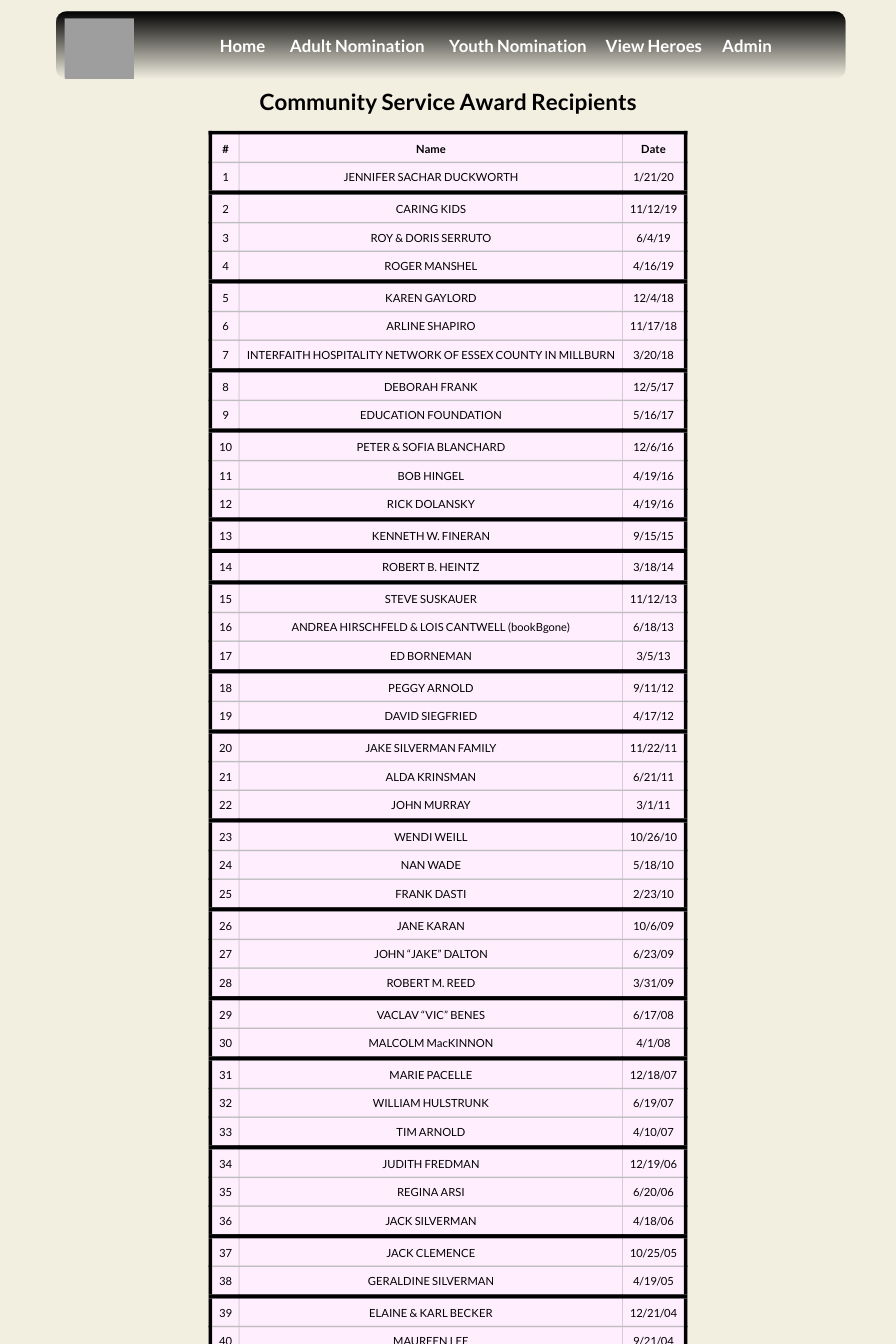
Repository: Centrattic/CSAC
Page: http://localhost/Frontend/before2020.php
These files come from the project's save history. The page is drawn as it stood at one moment and after a run of saves; the edit follows.
The browser window is 1280 px wide. The pictures show the part of the page from y = 0 to 1920 px (the page is 3839 px tall), at 70% of full size.
Pictures or frames that could not be fetched are drawn as grey boxes. The page is run by PHP 8.4 with error messages shown; the project is at /var/www/html/.

Above is the page before, as saved 2020-12-23 11:07:08.

### Frontend/before2020.php
<?php
require '../Backend/functions.php';
session_start();
?>

<html>
  <head>
    <link href="https://fonts.googleapis.com/css2?family=Lato:ital,wght@0,400;0,700;1,300;1,400&display=swap" rel="stylesheet">

    <link rel = "stylesheet" href = "../CSS/navbar.css">
  </head>

  <body>

    <?php
        navbar();
    ?>

    <h1> Community Service Award Recipients</h1> <!-- Most recent first!!! -->
    <br>

    <style>
        h1 {
            font-size: 2em;
        }

        #before2020-table {
            margin: 0 auto;
            border: 5px solid black;
            border-radius: 0px;
            background-color: #FFEEFE;
            width: 60%;
        }

        th,td {
            padding: 10px;
        }

        /*td:nth-child(1) {
            border-right: 2px solid black;
            border-radius: 0px;
            padding-bottom: 0px;
            margin-bottom: 0px;
        }*/

        tr {
            border: 2px solid #BEBEBE;
        }

        .last-of-year {
            border-bottom: 6px solid black;
        }

    </style>

    <table id = "before2020-table" rules = "all">
        <tr>
            <th> # </th>
            <th> Name </th>
            <th> Date </th>
        </tr>
        <!-- Most to least recent-->


        <tr class = "last-of-year">
            <td> 1 </td>
            <td> JENNIFER SACHAR DUCKWORTH </td>
            <td> 1/21/20 </td>
        </tr>

		<tr>
            <td> 2 </td>
            <td> CARING KIDS </td>
            <td> 11/12/19 </td>
        </tr>

		<tr>
            <td> 3 </td>
            <td> ROY & DORIS SERRUTO </td>
            <td> 6/4/19 </td>
        </tr>

		<tr class = "last-of-year">
            <td> 4 </td>
            <td> ROGER MANSHEL</td>
            <td> 4/16/19 </td>
        </tr>

		<tr>
            <td> 5 </td>
            <td> KAREN GAYLORD </td>
            <td> 12/4/18 </td>
        </tr>

		<tr>
            <td> 6 </td>
            <td> ARLINE SHAPIRO</td>
            <td> 11/17/18 </td>
        </tr>

		<tr class = "last-of-year">
            <td> 7 </td>
            <td> INTERFAITH HOSPITALITY NETWORK OF ESSEX COUNTY IN MILLBURN </td>
            <td> 3/20/18 </td>
        </tr>

		<tr>
            <td> 8 </td>
            <td> DEBORAH FRANK </td>
            <td> 12/5/17 </td>
        </tr>

		<tr class = "last-of-year">
            <td> 9 </td>
            <td> EDUCATION FOUNDATION </td>
            <td> 5/16/17 </td>
        </tr>
		<tr>
            <td> 10 </td>
            <td> PETER & SOFIA BLANCHARD </td>
            <td> 12/6/16 </td>
        </tr>

		<tr>
            <td> 11 </td>
            <td> BOB HINGEL </td>
            <td> 4/19/16 </td>
        </tr>

		<tr class = "last-of-year">
            <td> 12 </td>
            <td> RICK DOLANSKY </td>
            <td> 4/19/16 </td>
        </tr>

		<tr class = "last-of-year">
            <td> 13 </td>
            <td> KENNETH W. FINERAN </td>
            <td> 9/15/15 </td>
        </tr>

		<tr class = "last-of-year">
            <td> 14 </td>
            <td> ROBERT B. HEINTZ </td>
            <td> 3/18/14 </td>
        </tr>

		<tr>
            <td> 15 </td>
            <td> STEVE SUSKAUER </td>
            <td> 11/12/13 </td>
        </tr>

		<tr>
            <td> 16 </td>
            <td> ANDREA HIRSCHFELD & LOIS CANTWELL (bookBgone) </td>
            <td> 6/18/13 </td>
        </tr>

		<tr class = "last-of-year">
            <td> 17 </td>
            <td> ED BORNEMAN </td>
            <td> 3/5/13 </td>
        </tr>

		<tr>
            <td> 18 </td>
            <td> PEGGY ARNOLD </td>
            <td> 9/11/12 </td>
        </tr>

		<tr class = "last-of-year">
            <td> 19 </td>
            <td> DAVID SIEGFRIED </td>
            <td> 4/17/12 </td>
        </tr>

		<tr>
            <td> 20 </td>
            <td> JAKE SILVERMAN FAMILY </td>
            <td> 11/22/11 </td>
        </tr>

		<tr>
            <td> 21 </td>
            <td> ALDA KRINSMAN </td>
            <td> 6/21/11 </td>
        </tr>

		<tr class = "last-of-year">
            <td> 22 </td>
            <td> JOHN MURRAY </td>
            <td> 3/1/11 </td>
        </tr>

		<tr>
            <td> 23 </td>
            <td> WENDI WEILL </td>
            <td> 10/26/10 </td>
        </tr>

		<tr>
            <td> 24 </td>
            <td> NAN WADE </td>
            <td> 5/18/10 </td>
        </tr>

        <tr class = "last-of-year">
            <td> 25 </td>
            <td> FRANK DASTI </td>
            <td> 2/23/10 </td>
        </tr>

        <tr>
            <td> 26 </td>
            <td> JANE KARAN </td>
            <td> 10/6/09 </td>
        </tr>

        <tr>
            <td> 27 </td>
            <td> JOHN “JAKE” DALTON </td>
            <td> 6/23/09 </td>
        </tr>

        <tr class = "last-of-year">
            <td> 28 </td>
            <td> ROBERT M. REED </td>
            <td> 3/31/09 </td>
        </tr>

        <tr>
            <td> 29 </td>
            <td> VACLAV “VIC” BENES </td>
            <td> 6/17/08 </td>
        </tr>

		<tr class = "last-of-year">
            <td> 30 </td>
            <td> MALCOLM MacKINNON </td>
            <td> 4/1/08 </td>
        </tr>

		<tr>
            <td> 31 </td>
            <td> MARIE PACELLE </td>
            <td> 12/18/07 </td>
        </tr>

		<tr>
            <td> 32 </td>
            <td> WILLIAM HULSTRUNK </td>
            <td> 6/19/07 </td>
        </tr>

		<tr class = "last-of-year">
            <td> 33 </td>
            <td> TIM ARNOLD </td>
            <td> 4/10/07 </td>
        </tr>

		<tr>
            <td> 34 </td>
            <td> JUDITH FREDMAN </td>
            <td> 12/19/06 </td>
        </tr>

		<tr>
            <td> 35 </td>
            <td> REGINA ARSI </td>
            <td> 6/20/06 </td>
        </tr>

		<tr class = "last-of-year">
            <td> 36 </td>
            <td> JACK SILVERMAN </td>
            <td> 4/18/06 </td>
        </tr>

        <tr>
            <td> 37 </td>
            <td> JACK CLEMENCE </td>
            <td> 10/25/05 </td>
        </tr>

        <tr class = "last-of-year">
            <td> 38 </td>
            <td> GERALDINE SILVERMAN </td>
            <td> 4/19/05 </td>
        </tr>

        <tr>
            <td> 39 </td>
            <td> ELAINE & KARL BECKER </td>
            <td> 12/21/04 </td>
        </tr>

		<tr>
            <td> 40 </td>
            <td> MAUREEN LEE </td>
            <td> 9/21/04 </td>
        </tr>

		<tr>
            <td> 41 </td>
            <td> ANNE V. SMITH </td>
            <td> 6/15/04 </td>
        </tr>

		<tr class = "last-of-year">
            <td> 42 </td>
            <td> W. OWEN LAMPE </td>
            <td> 4/8/04 </td>
        </tr>

		<tr>
            <td> 43 </td>
            <td> EVA GOTTSCHO </td>
            <td> 12/2/03 </td>
        </tr>

		<tr class = "last-of-year">
            <td> 44 </td>
            <td> WILLIAM E. JUDES </td>
            <td> 6/10/03 </td>
        </tr>

		<tr>
            <td> 45 </td>
            <td> DELIA WALBRIDGE </td>
            <td> 12/3/02 </td>
        </tr>

		<tr>
            <td> 46 </td>
            <td> SHARON & AVI BRENDER </td>
            <td> 9/10/02 </td>
        </tr>

		<tr class = "last-of-year">
            <td> 47 </td>
            <td> ANGELO Del ROSSI </td>
            <td> 6/11/02 </td>
        </tr>

		<tr>
            <td> 48 </td>
            <td> LOUISE GILI </td>
            <td> 11/20/01 </td>
        </tr>

		<tr>
            <td> 49 </td>
            <td> THOMAS J. EAKLEY </td>
            <td> 8/21/01 </td>
        </tr>

		<tr class = "last-of-year">
            <td> 50 </td>
            <td> SHERMAN T. BREWER, JR. </td>
            <td> 3/20/01 </td>
        </tr>

		<tr>
            <td> 51 </td>
            <td> MARK GUTERMAN </td>
            <td> 12/5/00 </td>
        </tr>

		<tr>
            <td> 52 </td>
            <td> ELEANOR T. McGLAUGHLIN </td>
            <td> 9/19/00 </td>
        </tr>

		<tr>
            <td> 53 </td>
            <td> JOAN DAESCHLER </td>
            <td> 6/13/00 </td>
        </tr>

		<tr class = "last-of-year">
            <td> 54 </td>
            <td> WALTER JEFFREY, JR. </td>
            <td> 4/18/00 </td>
        </tr>

		<tr>
            <td> 55 </td>
            <td> DR. PAUL KEARNEY </td>
            <td> 11/9/99 </td>
        </tr>

		<tr class = "last-of-year">
            <td> 56 </td>
            <td> LEIGH GIFFORD </td>
            <td> 4/13/99 </td>
        </tr>

		<tr>
            <td> 57 </td>
            <td> LYNNE RANIERI </td>
            <td> 12/15/98 </td>
        </tr>

		<tr>
            <td> 58 </td>
            <td> ELAINE BIRNHOLZ </td>
            <td> 10/20/98 </td>
        </tr>

		<tr>
            <td> 59 </td>
            <td> NANCY GOAT </td>
            <td> 6/9/98 </td>
        </tr>

		<tr class = "last-of-year">
            <td> 60 </td>
            <td> JAMES LAURIE </td>
            <td> 3/17/98 </td>
        </tr>

		<tr>
            <td> 61 </td>
            <td> JOAN BORNEMAN </td>
            <td> 12/16/97 </td>
        </tr>

		<tr>
            <td> 62 </td>
            <td> PHYLLIS KINGSBURY </td>
            <td> 10/7/97 </td>
        </tr>

		<tr>
            <td> 63 </td>
            <td> LINDSEY REBECCA HUSTON </td>
            <td> 6/24/97 </td>
        </tr>

		<tr class = "last-of-year">
            <td> 64 </td>
            <td> ALFRED H. CONNELLEE </td>
            <td> 4/19/97 </td>
        </tr>

		<tr>
            <td> 65 </td>
            <td> HARRIET LOWENGRUB </td>
            <td> 12/3/96 </td>
        </tr>

		<tr>
            <td> 66 </td>
            <td> JOHN S. WARE </td>
            <td> 6/25/96 </td>
        </tr>

        <tr class = "last-of-year">
            <td> 67 </td>
            <td> SUSANNAH J. LIKINS </td>
            <td> 3/19/96 </td>
        </tr>

        <tr>
            <td> 68 </td>
            <td> IRIS STOLOFF </td>
            <td> 12/5/95 </td>
        </tr>

        <tr>
            <td> 69 </td>
            <td> DOUGLAS REED </td>
            <td> 9/5/95 </td>
        </tr>

		<tr>
            <td> 70 </td>
            <td> CHARLES T. & DOROTHY KING </td>
            <td> 6/27/95 </td>
        </tr>

		<tr class = "last-of-year">
            <td> 71 </td>
            <td> ROBERT E. MARSHALL </td>
            <td> 3/21/95 </td>
        </tr>

        <tr>
            <td> 72 </td>
            <td> LOUIS J. KURTZ </td>
            <td> 2/6/94 </td>
        </tr>

		<tr>
            <td> 73 </td>
            <td> LEZETTE PROUD </td>
            <td> 9/13/94 </td>
        </tr>

		<tr class = "last-of-year">
            <td> 74 </td>
            <td> LAUREN HUSTON </td>
            <td> 6/14/94 </td>
        </tr>

		<tr>
            <td> 75 </td>
            <td> DONALD L. CAMPBELL </td>
            <td> 7/6/93 </td>
        </tr>

		<tr class = "last-of-year">
            <td> 76 </td>
            <td> MAUREEN S. SILVER </td>
            <td> 4/27/93 </td>
        </tr>

        <tr>
            <td> 77 </td>
            <td> STEPHEN LEIT </td>
            <td> 6/16/92 </td>
        </tr>

        <tr>
            <td> 78 </td>
            <td> MURIEL SCHWARTZSTEIN </td>
            <td> 5/5/92 </td>
        </tr>

        <tr class = "last-of-year">
            <td> 79 </td>
            <td> EVELYN ORTNER </td>
            <td> 3/3/92 </td>
        </tr>

        <tr>
            <td> 80 </td>
            <td> LINDA McDONOUGH </td>
            <td> 12/17/91 </td>
        </tr>

        <tr>
            <td> 81 </td>
            <td> ALFRED T. PEDECINE </td>
            <td> 9/3/91 </td>
        </tr>

        <tr>
            <td> 82 </td>
            <td> EDITH CONNELLEE </td>
            <td> 8/16/91 </td>
        </tr>

        <tr>
            <td> 83 </td>
            <td> LORI FRIEDMAN </td>
            <td> 6/11/91 </td>
        </tr>

        <tr>
            <td> 84 </td>
            <td> WILLIAM CONROE </td>
            <td> 5/21/91 </td>
        </tr>

        <tr>
            <td> 87 </td>
            <td> ELIZABETH NAUGHTON </td>
            <td> 5/5/91 </td>
        </tr>

    </table>



</body>
</html>

### CSS/navbar.css
* {
    text-align: center;
    padding: 2px;
    margin: 2px;
    font-family: 'Lato', sans-serif;
    font-size: 1em;
}

body {
    background-color: #F2EFE1;
}

#logo {
    display: flex;
    align-items: flex-start;
    justify-content: center;
    width: 10%;
    float: left;
    height: 10%;
 }

#logo img {
  width: 100px;
  height: 100px;
}


.menu-area li{
    display: inline;
    color: white;
    font-weight: bold;
    font-size: 1.5em;
    padding-bottom: 10px;
}

.menu-area .non-dropdown a{
    display: inline-block;
    padding: 30px 10px;
    color: white;
    box-sizing: border-box;

}

.menu-area a {
    text-decoration: none;
    color: white;
}

.menu-area .nav-dropdown .dropdown-content li a{
    display: inline-block;
    text-align: center;
    padding: 14px 16px;
    text-decoration: none;
}

.menu-area {
    width: 100%;
    background-image: linear-gradient(black, #F2EFE1);
    overflow: hidden;
    border-radius: 15px;
}

.menu-area .non-dropdown:hover{
    border-radius: 0px;
    border-bottom: 10px solid aliceblue;
}

.menu-area li a {
    box-sizing: border-box;
}

.nav-dropbtn {
    text-decoration: none;
    color: white;
}

/*FIX THIS LATER*/


#logout {
    all: unset;
}

body {
    margin: 0 5%;
}

/* ------------------*/



li.nav-dropdown {
    display: inline-block;
}

.dropdown-content {
    display: none;
    position: absolute;
    background-color: #f9f9f9;
    min-width: 150px;
    box-shadow: 0px 8px 16px 0px rgba(0,0,0,0.2);
    z-index: 1;

}

.dropdown-content a {
    color: black;
    padding: 12px 16px;
    text-decoration: none;
    display: block;
    font-size: .9em;
    text-align: left;
}


.dropdown-content a:hover {
    background-color: #f1f1f1;
}


.nav-dropdown:hover .dropdown-content {
    display: block;
    border-radius: 0px;
}


/* Footer*/



.site-footer {
    background-color: #E2DECC;
      text-align: center;
      margin: 10px 0;
      padding: 10px 0;
  }

  #social-wrapper {
      text-align: center;
  }

  /*Social Media Icons*/
  .social-wrapper {
      text-align: center;
  }

  .social-wrapper ul li {
      display: inline;
      margin: 0 5px;
  }

  .twitter-icon,
  .facebook-icon,
  .instagram-icon,
  .linkedin-icon,
  .googleplus-icon,
  .youtube-icon,
  .foursquare-icon{
      margin-top: .625em;
      width: 40px;
      height: 40px;
      opacity: .6;
      filter: alpha(opacity=60); /* For IE8 and earlier */
    border-radius: 25px;
  }

  .twitter-icon:hover,
  .facebook-icon:hover,
  .instagram-icon:hover,
  .linkedin-icon:hover,
  .googleplus-icon:hover,
  .youtube-icon:hover,
  .foursquare-icon:hover {
      opacity: 1.0;
      filter: alpha(opacity=100); /* For IE8 and earlier */
  }

  .footer-nav p {
      text-align: center;
  }

Loaded but not shown: Backend/functions.php (846 lines, source omitted)

After the next 2 saves:
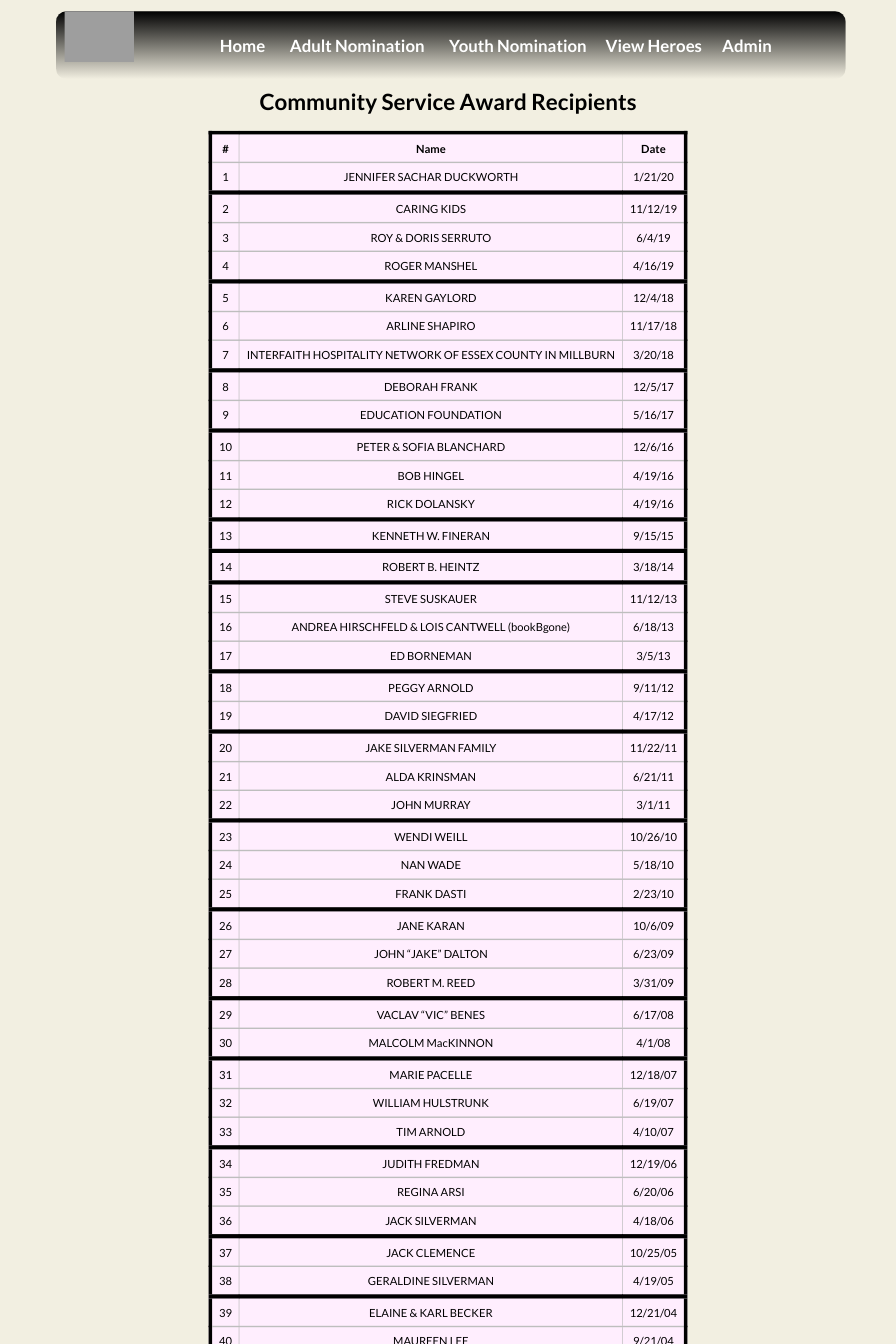
The 2 saves are shown as one change because they came seconds apart.
The last was saved 9 s later.
--- a/CSS/navbar.css
+++ b/CSS/navbar.css
@@ -11,8 +11,8 @@ body {
 }
 
 #logo {
-    display: flex;
-    align-items: flex-start;
+    display: inline-flex;
+    align-items: flex-end;
     justify-content: center;
     width: 10%;
     float: left;
